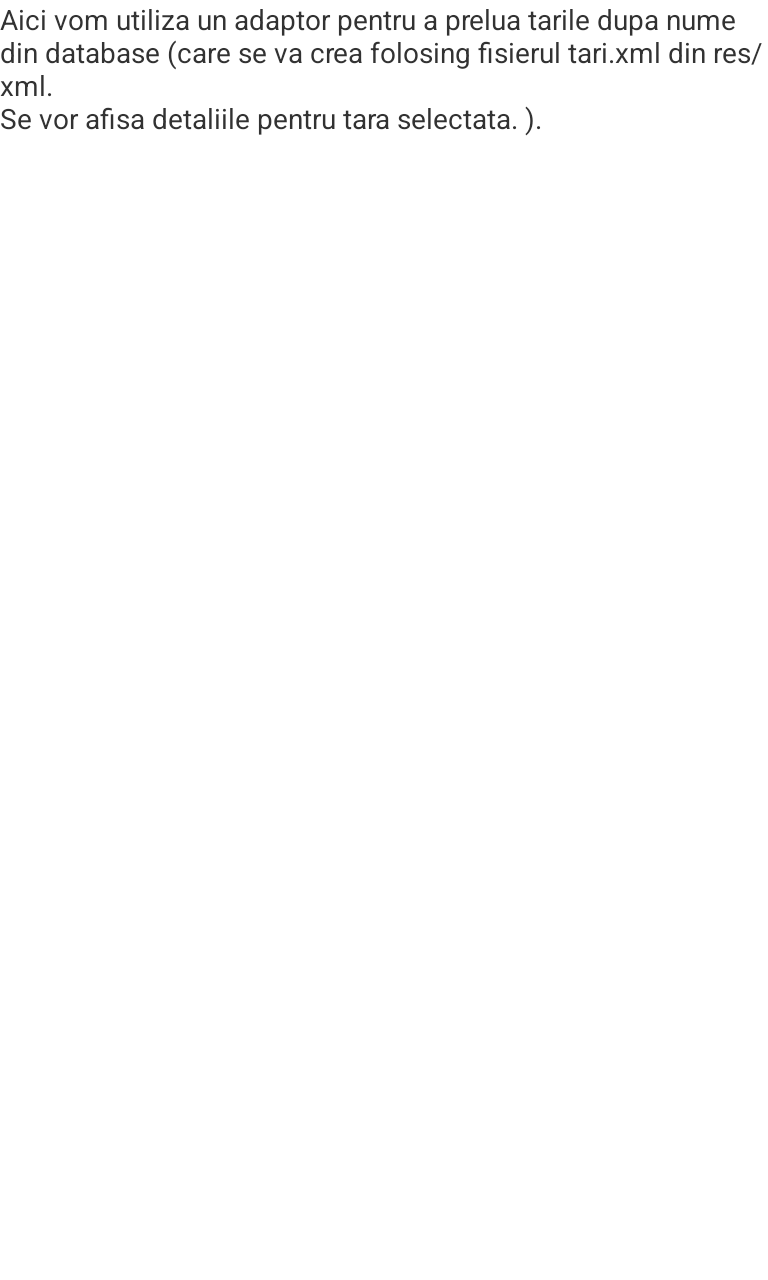
Repository: bogdanelu83/Workspace2
Layout: ip2tara/res/layout/activity_tara.xml
These files come from the project's save history. The layout is drawn as it stood at one moment and after the next save; the edit follows.
It is drawn on a 768 x 1280 px phone screen (xhdpi) without system bars, with theme AppTheme; the app's code is not run. The app's manifest (not shown) leaves right-to-left support off. So textAlignment, textDirection and layoutDirection are ignored, and left and right values win over start and end ones.

Above is the layout before, as saved 2014-12-08 00:18:33.

### ip2tara/res/layout/activity_tara.xml
<RelativeLayout xmlns:android="http://schemas.android.com/apk/res/android"
xmlns:tools="http://schemas.android.com/tools"
android:layout_width="match_parent"
android:layout_height="match_parent"
tools:context=".TaraActivity" >

    <TextView
        android:id="@+id/textView1"
        android:layout_width="wrap_content"
        android:layout_height="wrap_content"


        android:text="@string/tari_text" />

</RelativeLayout>

### ip2tara/res/values/strings.xml
<?xml version="1.0" encoding="utf-8"?>
<resources>

    <string name="app_name">IP 2 TARA</string>
    <string name="welcome">Bine ati venit!</string>
    <string name="intro">Aceasta este o aplicatie creata pentru a localiza rapid un IP si a oferi informatii despre tara din care face parte</string>
    <string name="buton_intra">       Intra       </string>
    <string name="image_desc">image ip</string>
    <string name="action_settings">Settings</string>
    <string name="action_despre">Despre</string>
    <string name="action_setari">Setari</string>
    <string name="action_istoric">Istoric</string>
    <string name="action_tari">Despre Tari</string>
    <string name="title_activity_setari">Setari</string>
    <string name="hello_world">Hello world!</string>
    <string name="title_activity_despre">Despre</string>
    <string name="title_activity_cauta">Cautare</string>
    <string name="title_activity_istoric">Istoric cautari</string>
    <string name="title_activity_tara">Informatii Tara</string>
    <string name="autori">Autori</string>
    <string name="autori_nume">Delia Andrei - Gr. 1048 \nGoaga Bogdan - Gr. 1048</string>
    <string name="contact">Contact</string>
    <string name="contact_text">Pentru comentarii si sugestii, puteti sa ne contactati folosing butonul de mai jos:</string>
    <string name="compune_email">Trimiteti-ne e-mail</string>
    <string name="ip_text">Introduceti adresa IP in casuta de mai jos si apasati, apoi, butonul Afla Tara:</string>
    <string name="buton_tara">       Afla Tara       </string>
    <string name="title_activity_db">DB</string>
    <string name="title_activity_acces_bd">AccesBD</string>

    <string name="tari">Selectati o tara pentru a vizualiza detaliile:</string>
    <string name="spinner_tari">Tara</string>


    <string name="ip_gresit_txt">Adresa IP invalida!</string>

     <string name="istoric_text">Aici vom afisa ultimele 10 cautari ip-tara.</string>
      <string name="setari_text">Aici utilizatorul va putea selecta limba si alte optiuni.</string>
      <string name="tari_text">Aici vom utiliza un adaptor pentru a prelua tarile dupa nume din database (care se va crea folosing fisierul tari.xml din res/xml. \nSe vor afisa detaliile pentru tara selectata. ).</string>
</resources>

Loaded but not shown: ip2tara/res/values/styles.xml (common file); ip2tara/res/values-v11/styles.xml (common file); ip2tara/res/values-v14/styles.xml (common file)

After the next save:
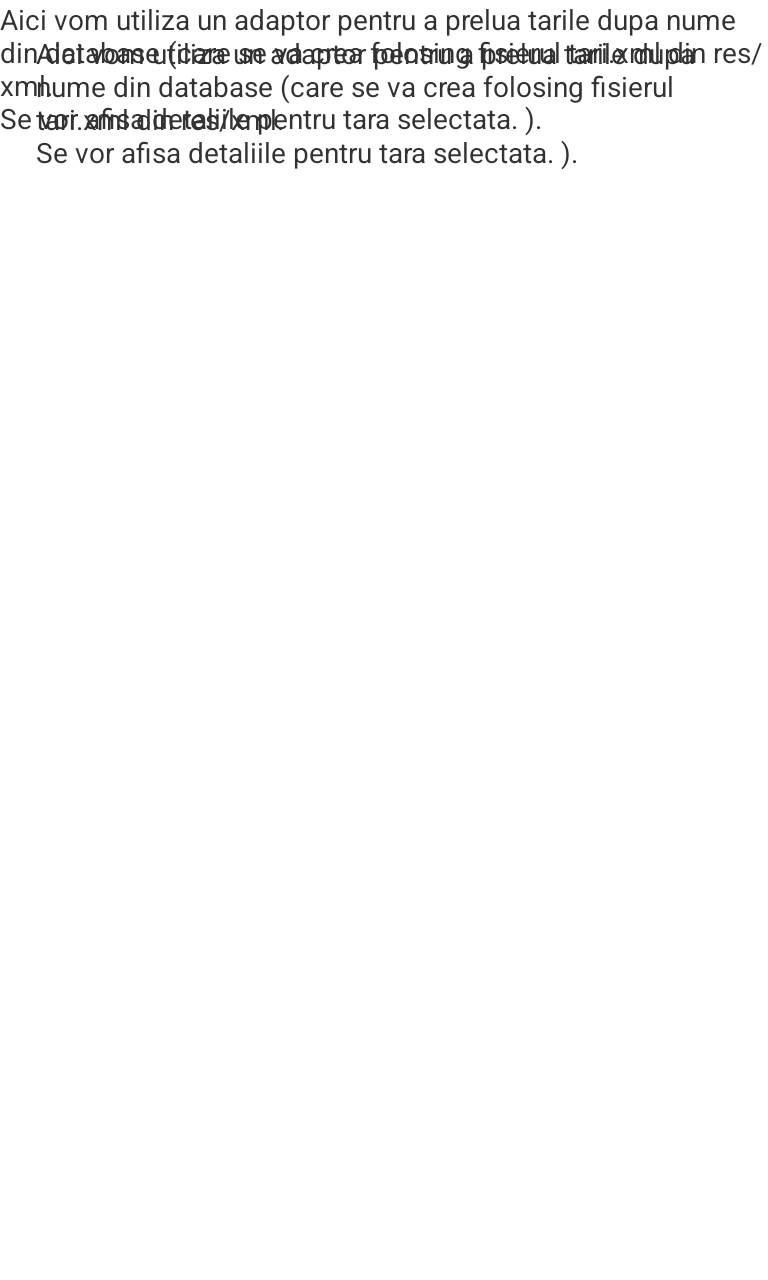
Saved 8 min 22 s later.
--- a/ip2tara/res/layout/activity_tara.xml
+++ b/ip2tara/res/layout/activity_tara.xml
@@ -12,4 +12,14 @@ tools:context=".TaraActivity" >
 
         android:text="@string/tari_text" />
 
+    <TextView
+        android:id="@+id/textView2"
+        android:layout_width="wrap_content"
+        android:layout_height="wrap_content"
+
+
+        android:layout_marginStart="18dp"
+        android:layout_marginTop="17dp"
+        android:text="@string/tari_text" />
+
 </RelativeLayout>
